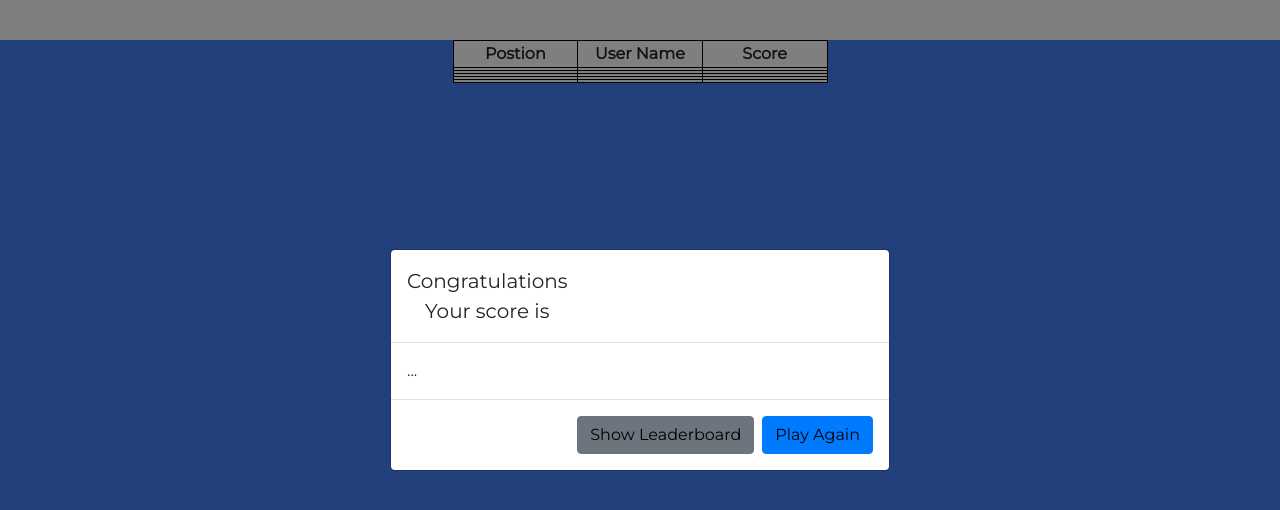
Repository: Code-Institute-Submissions/quiz-1
Page: leaderboard.html
The author's editor kept a record of every edit. The page is drawn from the files as they stood at one moment, then again after the next edit.
The browser window is 1280 px wide. The pictures show the window.
A layer covers the whole window, so only the first screen is drawn.

Above is the page before.

After the next edit:
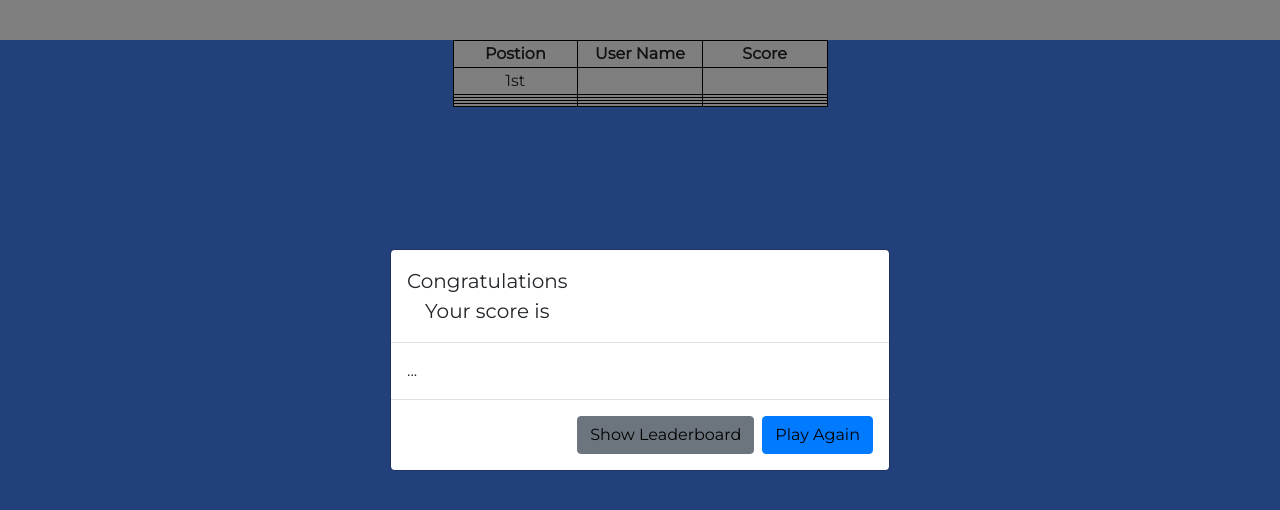
The edit:
--- a/leaderboard.html
+++ b/leaderboard.html
@@ -40,7 +40,7 @@
                     <th>Score</th>
                 </tr>
                 <tr>
-                    <td></td>
+                    <td>1st</td>
                     <td></td>
                     <td></td>
                 </tr>
